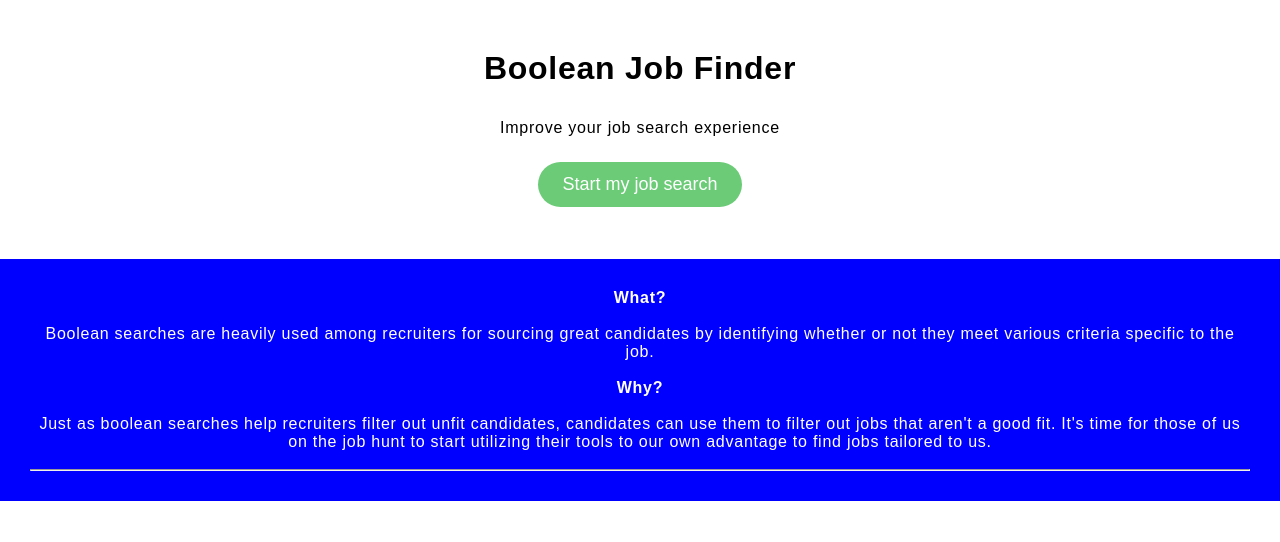
Repository: Rthompson2548/boolean-job-searcher
Page: /
The author's editor kept a copy of each file at every save. The page is drawn from the files as they stood at one save, then again after the next save.
The browser window is 1280 px wide. The pictures show the whole page.
The project was rebuilt for these pictures with package versions that can differ from the ones it lists, and the page was loaded fresh each time.

Above is the page before, as saved 2022-04-05 14:29:26.

### public/index.html
<!DOCTYPE html>
<html lang="en">
  <head>
    <meta charset="utf-8" />
    <link rel="icon" href="%PUBLIC_URL%/favicon.ico" />
    <meta name="viewport" content="width=device-width, initial-scale=1" />
    <meta name="theme-color" content="#000000" />
    <meta
      name="description"
      content="Web site created using create-react-app"
    />
    <link rel="preconnect" href="https://fonts.googleapis.com">
    <link rel="preconnect" href="https://fonts.gstatic.com" crossorigin>
    <link href="https://fonts.googleapis.com/css2?family=Inconsolata&family=League+Spartan&display=swap" rel="stylesheet">

    <title>React App</title>
  </head>
  <body>
    <noscript>You need to enable JavaScript to run this app.</noscript>
    <div id="root"></div>
    <!--
      This HTML file is a template.
      If you open it directly in the browser, you will see an empty page.

      You can add webfonts, meta tags, or analytics to this file.
      The build step will place the bundled scripts into the <body> tag.

      To begin the development, run `npm start` or `yarn start`.
      To create a production bundle, use `npm run build` or `yarn build`.
    -->
  </body>
</html>

### src/App.js
import "./styles.css";
// import { CopyToClipboard } from "react-copy-to-clipboard";
import React, { useState, useEffect, useRef } from "react";



export default function App() {
  let searchCategories = [
    "Experience",
    "Location",
    "Tech Stack",
    "Title",
    "Technologies",
    "Company"
  ];

let defaultCategories = [
  {
    id: 1,
    name: "Experience",
    placeholders: ["Junior", "Entry", "Grad", "Student"]
  },
  {
    id: 2,
    name: "Location",
    placeholders: ["Junior", "Entry", "Grad", "Student"]
  },
  {
    id: 3,
    name: "End",
    placeholders: ["Junior", "Entry", "Grad", "Student"]
  },
  {
    id: 4,
    name: "Title",
    placeholders: ["Junior", "Entry", "Grad", "Student"]
  },
  {
    id: 5,
    name: "Technologies",
    placeholders: ["Junior", "Entry", "Grad", "Student"]
  },
  {
    id: 6,
    name: "Company Name",
    placeholders: ["Junior", "Entry", "Grad", "Student"]
  }
];


const [copyString, setCopyString] = useState("");
const [addCategory, setAddCategory] = useState(false);
const [addCategoryBtnText, setAddCategoryBtnText] = useState(
"Start my job search"
)
const [category, setCategory] = useState("");
const [categoryChosen, setCategoryChosen] = useState(false);
const [categoryOptions, setCategoryOptions] = useState(false);
const [showCategoryForm, setShowCategoryForm] = useState(false);
const [showNewCategoryButton, setShowNewCategoryButton] = useState(true);
const [showName, setShowName] = useState(false);
const [showForm, setShowForm] = useState(false);
const [showAddWordBtn, setShowAddWordBtn] = useState(false)
const [word, setWord] = useState("");
const [list, setList] = useState([]);
const [show, setShow] = useState(false);
const [finishBtn, setFinishBtn] = useState(false);
const [finished, setFinished] = useState(false);
const [result, setResult] = useState([]);
const [doneWarning, setDoneWarning] = useState(false);
const [goodbyeMessage, setGoodbyeMessage] = useState(false);


const handleNewCategory = () => {
  setCategory("");
  setAddCategoryBtnText("Add a category");
  setShowNewCategoryButton(false);
  setFinishBtn(false);
  setCategoryOptions(true);
  setCategoryChosen(false);
};



const handleCustomCategory = () => {
  setShowCategoryForm(true);
  setCategoryOptions(false);
};


const handleCategoryNameChange = event => {
  setCategory(event.target.value);
};

const submitCategory = () => {
  setAddCategory(false);
  setShowName(true);
  setShowNewCategoryButton(false);
  setShowAddWordBtn(true);
  setShowForm(true);
  setShowCategoryForm(false);
};


const handleAddWord = () => {
  setShowForm(true);
  setCategoryOptions(false);
  setCategoryChosen(true);
};


const handleCategoryClick = event => {
  setCategory(event.target.value);
  setCategoryChosen(true);
};


const handleWordChange = event => {
  setWord(event.target.value);
};


  const [noLetters, setNoLetters] = useState(false);

  const submitAsteriskWord = () => {
    if (word.length <= 1) {
      setNoLetters(true);
    } else {
      setList((prevList) => [...prevList, `"${word}*"`]);
      setWord("");
      setShow(true);
      console.log(word);
    }
  };

  const submitWord = () => {
    if (word.length <= 1) {
      setNoLetters(true);
    } else {
      setList((prevList) => [...prevList, `"${word}"`]);
      setWord("");
      setShow(true);
      console.log(word);
    }
  };

  useEffect(() => {
    setCategory(category);
  }, [category]);

  let booleanString = `(${list.join(" OR ")})`;

  const handleSubmitCategoryWords = () => {
    setShowNewCategoryButton(true);
    setShow(false);
    setShowName(false);
    setShowForm(false);
    setFinishBtn(true);
    setResult((previousResult) => [...previousResult, booleanString]);
    console.log(result.join(" AND "));
    console.log(`list: ${list}`);
    setList([]);
    console.log(`list: ${list}`);
    setCopyString(result.join(" AND "));
  };

  const handleGenerateString = () => {
    setFinished(true);
    setFinishBtn(false);
    setShowNewCategoryButton(false);
    setDoneWarning(false);
    // setGoodbyeMessage(true);
  };

const handleDone = () => {
  setDoneWarning(true);
  setFinished(false);
};


const handleConfirmFinished = () => {
  setDoneWarning(false);
  setGoodbyeMessage(true);
  setShow(false);
  setFinished(false);
};



  return (
    <div className="App">
      <div className="header">
        <h1 className="app-title">Boolean Job Finder</h1>
        <p>Improve your job search experience</p>
        <button className="start-btn" onClick={handleNewCategory}>
          {addCategoryBtnText}
        </button>

      </div>
      <div>
    </div>


      {categoryOptions === true && (
        <div>
          <div>
<p className="pick-a-category-txt">Click a category below to start</p>


            {/* iterates through array of category names and returns a button for each */}
            <div className="category-btns">
              {searchCategories.map((value, i) => (
                <button
                  id="category-btn"
                  className="category-btn"
                  key={i}
                  value={searchCategories[i]}
                  onClick={handleCategoryClick}
                >
                  {value}
                </button>
              ))}

            </div>

{
  categoryChosen === true && (
    <button className="continue-btn" onClick={handleAddWord}>
      Continue
    </button>
  )
}
          </div>
        </div>
      )}

{
  showCategoryForm === true && (
    <div>
      <label>Enter a custom category name</label>
      <input
        placeholder="Enter category name"
        onChange={handleCategoryNameChange}
        value={category}
      />

<button onClick={submitCategory}>Submit</button>;

    </div>
  )
}

      {showForm === true && (
        <div className="keyword-form">
          <h1>{category}</h1>

          <div className="keyword-form-info">
            <div>
              <label>Enter 1 or more keywords</label>
            </div>
            <input
              placeholder="Enter two or more letters..."
              value={word}
              onChange={handleWordChange}
            />
          </div>

          <div className="keyword-btns">
            <button onClick={submitWord}>Include exact keyword</button>
            <button onClick={submitAsteriskWord}>
              Include similar keywords
            </button>

          </div>


        </div>
      )}

      {show === true && (
        <div className="keyword-string">
          <h4>{booleanString}</h4>
        </div>
      )}

      {showForm === true && (
        <div>
          <button className="continue-btn" onClick={handleSubmitCategoryWords}>
            Continue
          </button>
        </div>
      )}

      {showNewCategoryButton === true && (
        // <div className="what-why">
            <div className="what-why-info">
              <h4>What?</h4>
              <p>
                Boolean searches are heavily used among recruiters for sourcing great
                candidates by identifying whether or not they meet various criteria specific
                to the job.
              </p>
              <h4>Why?</h4>
              <p>
                Just as boolean searches help recruiters filter out unfit candidates, candidates can use them to filter out jobs that aren't a good fit. It's time for those of us on the job hunt to start utilizing their tools to our own advantage to find jobs tailored to us.
          </p>

          <hr />
        </div>



        // </div>
      )}


      {finishBtn === true && (
        <div>
          <button className="done-btn" onClick={handleGenerateString}>
            Submit
          </button>
        </div>
      )}

      {finished === true && (
        <div className="boolean-string">
          <p value={copyString}>{result.join(" AND ")}</p>
          <button className="done-btn" onClick={handleDone}>
            Done
          </button>
        </div>
      )}

      {doneWarning === true && (
        <div className="boolean-string">
          <p>Are you sure? This cannot be undone</p>
          <button className="done-btn" onClick={handleConfirmFinished}>
            Yes, I am done
          </button>
        </div>
      )}

      {goodbyeMessage === true && (
        <div className="goodye-msg boolean-string">
<p>Goodbye!</p>;

          <button
            className="start-btn"
            onClick={() => window.location.reload(false)}
          >
            Home
          </button>
        </div>
      )}
    </div>
  );
}

### src/styles.css
* {
  margin: 0;
  padding: 0;
  /* background-color: #fff; */
  /* color: #000; */
  /* padding: 18px 0; */
}

.App {
  font-family: sans-serif;
  text-align: center;
  letter-spacing: 0.75px;
}

.header {
  line-height: 2rem;
  letter-spacing: 0.75px;
  padding: 52px 0;
}

img {
  width: 250px;
  height: auto;
}

button {
  /* width: 300px; */
  border-radius: 25px;
  background-color: #fff;
  color: #000;
  border: none;
  margin: 18px 0 0 0;
  font-size: 18px;
}

.app-title {
  margin-bottom: 28px;
  font-size: 32px;
}

h3 {
  font-size: 22px;
}

.what-why-info {
  overflow: hidden;
  background-color: blue;
  padding: 30px;
  color: #fff !important;
}

.what-why-info p {
  margin: 18px 0 !important;
  /* text-align: left !important; */
}




.start-btn {
  background-color: #6bcb77 !important;
  color: #fff;
  font-size: 18px;
  vertical-align: middle;
  padding: 12px 24px;
}

.pick-a-category-txt {
  font-size: 18px;
  margin-bottom: 12px;
}

input {
  background-color: #fff;
  font-size: 18px;
  color: #000;
  width: 260px;
  border: 1.5px solid black;
  border-radius: 25px;
}

label {
  font-size: 20px;
}

.category-btns {
  /* center the element */
  right: 0;
  left: 0;
  margin-right: auto;
  margin-left: auto;
  display: flex;
  flex-direction: column;
  align-items: center;
}

.category-btns button {
  background-color: #ff6b6b;
  color: #fff;
  padding: 12px 42px;
  width: 300px;
}

.category-buttons button:active,
button:focus {
  /* color: #fff !important;
  background-color: #FFD93D !important; */
}

.category-buttons button:visited:after {
  color: #fff !important;
  background-color: #000 !important;
}

.continue-btn {
  background-color: #4d96ff;
  color: #fff;
}

.keyword-form-info {
  margin-top: 24px;
}

.keyword-form-info input {
  padding: 10px 24px 10px 10px;
  margin-top: 16px;
}

.keyword-btns {
  display: flex;
  flex-direction: column;
  align-items: center;
  margin: 10px 0 24px 0;
}

.keyword-btns button {
  background-color: #ff6b6b;
  color: #fff;
  font-size: 18px;
}

.keyword-string {
  padding: 20px;
  font-size: 20px;
  line-height: 2rem;
}

.goodye-msg {
  /* padding-top: 25%; */
  font-size: 42px !important;
}

.goodye-msg button {
  /* background-color: #4D96FF !important; */
  /* vertical-align: middle !important; */
}

.boolean-string {
  font-size: 32px;
  font-weight: bold;
  padding-top: 10%;
}


.boolean-string button {
  background-color: #fa58bc;
  color: #fff;
}

.done-btn {
  background-color: #4d96ff !important;
  color: #fff;
  font-size: 22px;
  vertical-align: middle;
  width: 400px;
  padding: 20px 0;
  margin-top: 36px;
}

.home-btn {
  background-color: #6bcb77 !important;
}

Loaded but not shown: src/index.js (common file); src/index.css (no stored copy; drawn as an empty file)

After the next save:
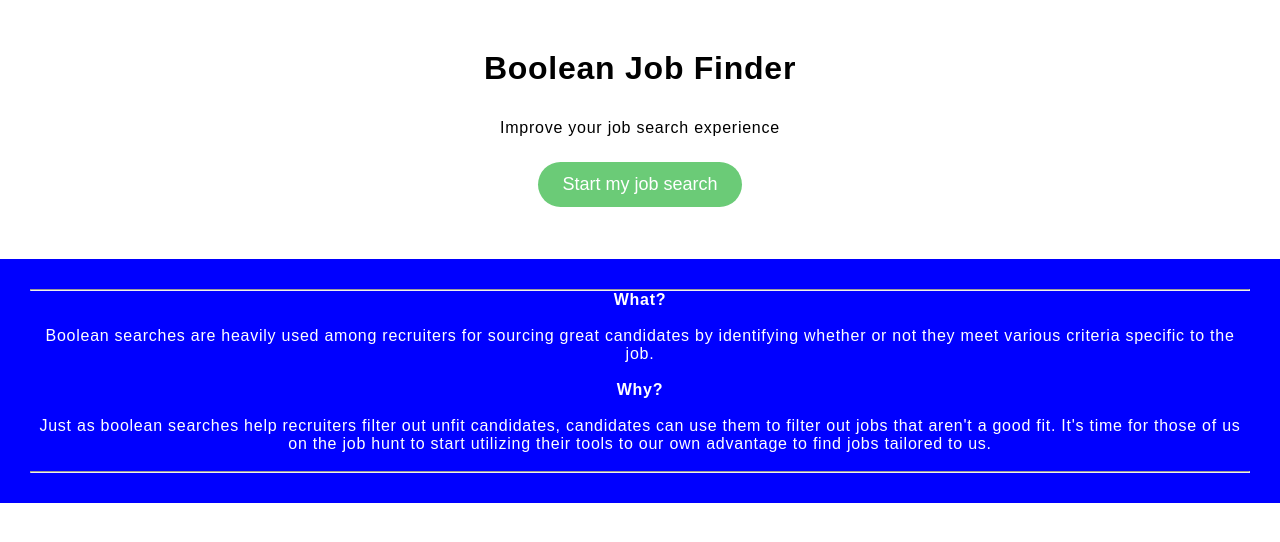
Saved 10 s later.
--- a/src/App.js
+++ b/src/App.js
@@ -293,7 +293,8 @@ const handleConfirmFinished = () => {
 
       {showNewCategoryButton === true && (
         // <div className="what-why">
-            <div className="what-why-info">
+        <div className="what-why-info">
+          <hr />
               <h4>What?</h4>
               <p>
                 Boolean searches are heavily used among recruiters for sourcing great
